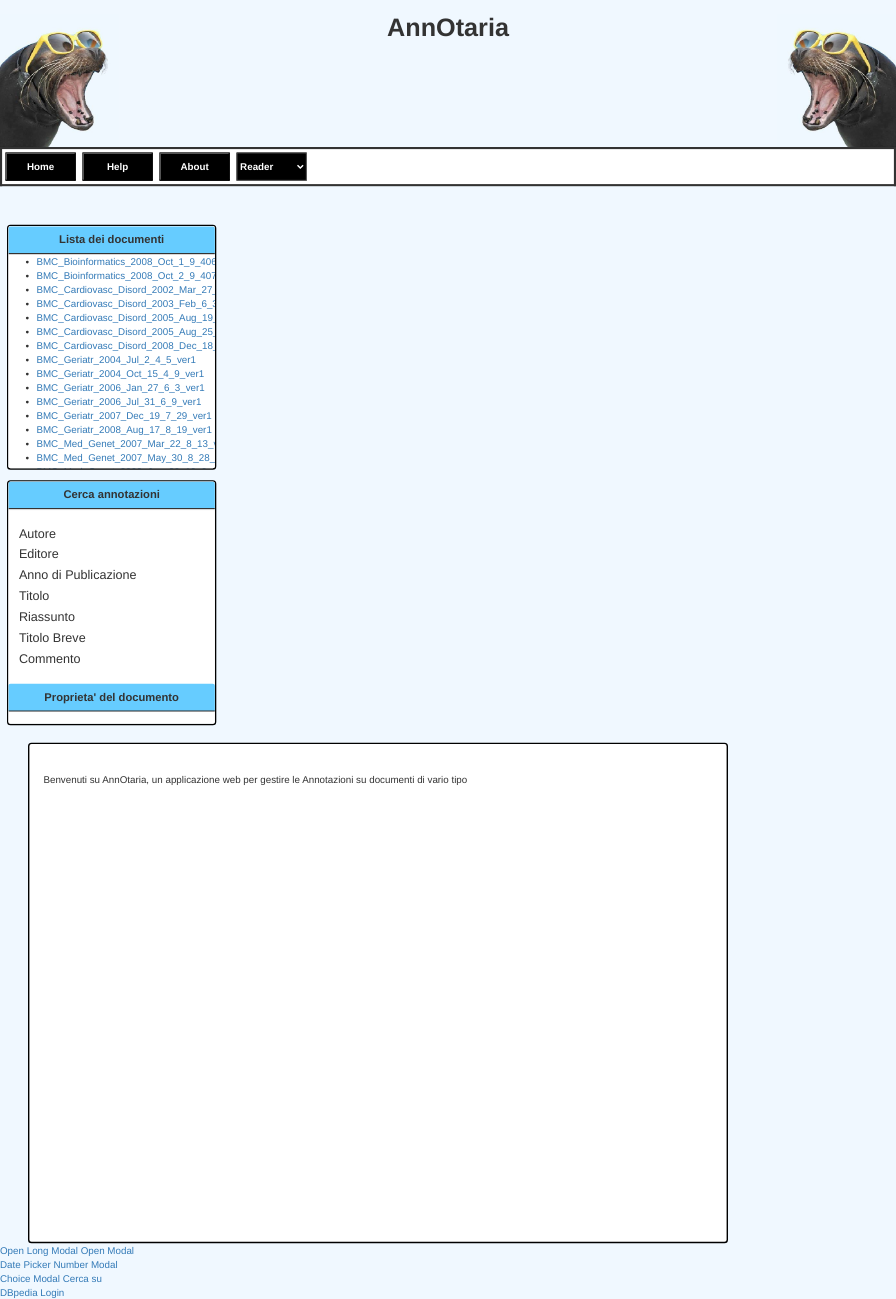
Repository: Bratu92/AnnOtaria
Page: AnnOtaria/View/index.html
These files come from the project's save history. The page is drawn as it stood at one moment and after the next save; the edit follows.
The browser window is 1280 px wide. The pictures show the whole page, at 70% of full size.
Some web libraries are served in a nearby version.

Above is the page before, as saved 2015-02-02 15:36:56.

### AnnOtaria/View/index.html
<!DOCTYPE html PUBLIC "-//W3C//DTD HTML 4.01 Transitional//EN" "http://www.w3.org/TR/html4/loose.dtd">
<html>
	<head>
		<title>AnnoOtaria - Title of Document 1</title>
		<script type="text/javascript" src="../lib/jquery-2.1.3.js"></script>
		<!-- Latest compiled and minified CSS -->
		<link rel="stylesheet" href="https://maxcdn.bootstrapcdn.com/bootstrap/3.3.2/css/bootstrap.min.css">

		<!-- Optional theme -->
		<link rel="stylesheet" href="https://maxcdn.bootstrapcdn.com/bootstrap/3.3.2/css/bootstrap-theme.min.css">

		<!-- Latest compiled and minified JavaScript -->
		<script src="https://maxcdn.bootstrapcdn.com/bootstrap/3.3.2/js/bootstrap.min.js"></script>
		<link type="text/css" rel="stylesheet" href="../Css/layoutindex.css"/>
		<link type="text/css" rel="stylesheet" href="../Css/longTextModal.css"/>
		<link type="text/css" rel="stylesheet" href="../Css/shortTextModal.css"/>
		<link type="text/css" rel="stylesheet" href="../Css/numberModal.css"/>
		<link type="text/css" rel="stylesheet" href="../Css/choiceModal.css"/>
		<link type="text/css" rel="stylesheet" href="../Css/layoutDBPedia.css"/>

		<script type="text/javascript" src="../Js/index.js"></script>
		<script type="text/javascript" src="../Js/get_annotations.js"></script>
		<script type="text/javascript" src="../Js/jsDBPedia.js"></script>
		<link href="http://ajax.googleapis.com/ajax/libs/jqueryui/1.8/themes/base/jquery-ui.css" rel="stylesheet" type="text/css"/>
	    <script type="text/javascript" src="http://ajax.googleapis.com/ajax/libs/jquery/1.6.2/jquery.min.js"></script>
        <script src="http://ajax.googleapis.com/ajax/libs/jqueryui/1.8/jquery-ui.min.js"></script>

	</head>
	<body>
		<div class="box0">
			<img class="imgSinistra" src="../File/otariaSinistra.jpg">
			<img class="imgDestra"src="../File/otariaDestra.jpg">
			<h1>AnnOtaria</h1>
		</div>
		<br><br><br><br>
		<div class="menuBar">
		   <table class="tableIndex">
		   <tr class="rigaIndex">
	            <td class="cellaIndex"><input class="menuButton" type="button" onclick="fHelp()" value="Home" name="Home"/></td>
				<td class="cellaIndex"><input class="menuButton" type="button" onclick="fHelp()" value="Help" name="Help"/></td>
				<td class="cellaIndex"><input class="menuButton" type="button" onclick="fAbout()" value="About" name="About"/></td>

				<td class="cellaIndex">
					<select  class="apri" id="mode" class="selectpicker" onChange="cambiaModalita()" data-target="#login">
						<option class="menuOption" >Reader</option>
						<option class="menuOption" data-target="#Login"  >Annotator</option>
					</select>
				</td>

		   </tr></table>
		</div>

		<div class="box1"><br>
			<div class="metaArea">
				<div class="proprieta">
					<div class="panel-group" id="accordion">
          				<div class="panel-heading">
            				<h1 class="panel-title">
              					<a data-toggle="collapse" data-parent="#accordion" href="#collapse1">Lista dei documenti</a>
            				</h1>
          				</div>
          				<div id="collapse1" class="panel-collapse collapse in">
            				<ul id="list"></ul>
          				</div>
          				<div class="panel-heading">
            				<h1 class="panel-title">
             					<a data-toggle="collapse" href="#collapse2">Proprieta' del documento</a>
            				</h1>
          				</div>
          				<div id="collapse2" class="panel-collapse collapse">
            				<div class="panel-body">
           						COLLASSA!
          					</div>
        				</div>
      				</div>
      			</div>

				<div class="proprieta">
					<div class="panel-group" id="accordion">
          				<div class="panel-heading">
            				<h1 class="panel-title">
              					<a data-toggle="collapse" data-parent="#accordion" href="#collapse3">Cerca annotazioni</a>
            				</h1>
          				</div>
          				<div id="collapse3" class="panel-collapse collapse in">
          					<div class="panel-body">
           						<!-- Annotazioni sul documento -->
								<div id="annDocumento" >
									<div id="ann_autore" class="annotazioni_doc">
										<h4>Autore</h4>
										<ul id="ul_hasAuthor">
										</ul>
									</div>
									<div id="ann_editore" class="annotazioni_doc">
										<h4>Editore</h4>
										<ul id="ul_hasPublisher">
										</ul>
									</div>
									<div id="ann_anno" class="annotazioni_doc">
										<h4>Anno di Publicazione</h4>
										<ul id="ul_hasPublicationYear">
										</ul>
									</div>
									<div id="ann_titolo" class="annotazioni_doc">
										<h4>Titolo</h4>
										<ul id="ul_hasTitle">
										</ul>
									</div>
									<div id="ann_riassunto" class="annotazioni_doc">
										<h4>Riassunto</h4>
										<ul id="ul_hasAbstract">
										</ul>
									</div>
									<div id="ann_titoloBreve" class="annotazioni_doc">
										<h4>Titolo Breve</h4>
										<ul id="ul_hasShortTitle">
										</ul>
									</div>
									<div id="ann_commento" class="annotazioni_doc">
										<h4>Commento</h4>
										<ul id="ul_hasComment">
										</ul>
									</div>

								</div><!--#annotazioni-->
          					</div>
          				</div>
          				<div class="panel-heading">
            				<h1 class="panel-title">
             					<a data-toggle="collapse" href="#collapse4">Proprieta' del documento</a>
            				</h1>
          				</div>
          				<div id="collapse4" class="panel-collapse collapse">
            				<div class="panel-body">
           						Filtri!
          					</div>
        				</div>
      				</div>
      			</div>
			</div>




			<div class="mainArea">
				<h2 id="title"></h2>
				<p id="contenuto"> Benvenuti su AnnOtaria, un applicazione web per gestire le Annotazioni su documenti di vario tipo</p>
			</div>
		</div>







<!------------------------------------------ MODAL WINDOWS ----------------------------------------------->
	<div class="trick">
		<a href="#longTextModal">Open Long Modal</a>
		<div id="longTextModal" class="modalDialog">
			<div>
				<a href="#close" title="Close" class="close">X</a>
				<h4>Inserisci testo:</h4>
				<p><textarea id="longText"></textarea></p>
			</div>
		</div>

		<a href="#openModal0">Open Modal</a>
		<div id="openModal0" class="modalDialog">
			<div>
				<a href="#close" title="Close" class="close">X</a>
				<h2>Inserisci il nome</h2>
				<div>
					<input type="text" class="form-control" id="nome"  maxlength="80" placeholder="Inserisci il nome..." >
				</div>
			</div>
		</div>


		<a href="#datePicker">Date Picker</a>
		<div id="datePicker" class="modalDialog">
			<div>
				<a href="#close" title="Close" class="close">X</a>
				<h1> Inserisci Data </h1>
				<form>
				    <input id="datepicker" readonly/>
       				<button type="submit" class="btn btn-default">Inserisci!</button>
				</form>
			</div>
		</div>


		<a href="#openModal1">Number Modal</a>
		<div id="openModal1" class="modalDialog">
			<div>
				<a href="#close" title="Close" class="close">X</a>
				<h2>Come trovi l'annotazione?</h2>
				<div>
					<form id="bootstrapSelectForm" method="post" class="form-horizontal">
						<div class="form-group">
							<label class="col-xs-3 control-label">Dai un voto:</label>
							<div class="col-xs-5 selectContainer">
								<select name="numbers" class="form-control" multiple title="Choose one number">
                					<option value="one">1</option>
                					<option value="two">2</option>
                					<option value="three">3</option>
                					<option value="four">4</option>
                					<option value="five">5</option>
            					</select>
        					</div>
    					</div>
    					<div class="form-group">
        					<div class="col-xs-5 col-xs-offset-3">
        						<button type="submit" class="btn btn-default">Vota!</button>
        					</div>
    					</div>
					</form>
				</div>
			</div>
		</div>


		<a href="#choiceModal">Choice Modal</a>
		<div id="choiceModal" class="modalDialog">
			<div>
				<a href="#close" title="Close" class="close">X</a>
				<h2>Scegli un'opzione:</h2>
				<form id="bootstrapSelectForm" method="post" class="form-horizontal">
						<div class="form-group">
							<div class="col-xs-5 selectContainer">
								<select name="numbers" class="form-control-choice" multiple title="Scegli la stringa">
                					<option value="string1">stringa1</option>
                					<option value="string2">stringa2</option>
                					<option value="string3">stringa3</option>
                					<option value="string4">stringa4</option>
                					<option value="string5">stringa5</option>
            					</select>
        					</div>
    					</div>
    					<div class="form-group">
        					<div class="col-xs-5 col-xs-offset-3">
        						<button type="submit" class="btn btn-default">Submit</button>
        					</div>
    					</div>
					</form>
			</div>
		</div>


		<a href="#DBpedia">Cerca su DBpedia</a>
		<div id="DBpedia" class="modalDialog">
			<div id="dbpedia">

					<a href="#close" title="Close" class="close">X</a>
					<h4>Cerca su DBPedia:</h4>
						<input type="text" name="search" id="userSearch" size="20" />
						<input type="submit" name="go" value=" Search " onClick="searchDBPedia()"/>
						<div><p id="testo"></p></div>
						<div></div>

			</div>

		</div>



		<a href="#login">Login</a>
		<div class="modalDialog" id="login">
			<div>
				<a href="#close" title="Close" class="close">X</a>
				<h4>Esegui il login per passare alla modalità annotator:</h4><br>
				<div class="inblock">
					<label>Email:</label>
					<label>Username:&#160;&#160;</label>
				</div>
				<div class="inblock">
					<input type="text" name="email" id="login_nome" size="30" /><br>
					<input type="text" name="Username" id="login_email" size="30" /><br>
				</div><br><br><br>
				<input class="btn btn-default" type="button" value="Login" onclick="log()" id="bt_login" data-dismiss="modal"/>
				<div>
					<p id="testo"></p></div>
				</div>
		</div>



	</div>


	</body>
</html>

### AnnOtaria/Css/longTextModal.css
@CHARSET "ISO-8859-1";

.modalDialog {
	position: fixed;
	font-family: Arial, Helvetica, sans-serif;
	top: 0;
	right: 0;
	bottom: 0;
	left: 0;
	background: rgba(0,0,0,0.8);
	z-index: 99999;
	opacity:0;
	-webkit-transition: opacity 400ms ease-in;
	-moz-transition: opacity 400ms ease-in;
	transition: opacity 400ms ease-in;
	pointer-events: none;
}

.modalDialog:target {
	opacity:1;
	pointer-events: auto;
}

.modalDialog > div {
	background: linear-gradient(#fff, #999) repeat scroll 0 0 rgba(0, 0, 0, 0);
    border-radius: 10px;
    height: 200px;
    margin: 10% auto;
    padding: 5px 20px 13px;
    position: relative;
    width: 600px;
}

.close {
	background: #606061;
	color: #FFFFFF;
	line-height: 25px;
	position: absolute;
	right: -12px;
	text-align: center;
	top: -10px;
	width: 24px;
	text-decoration: none;
	font-weight: bold;
	-webkit-border-radius: 12px;
	-moz-border-radius: 12px;
	border-radius: 12px;
	-moz-box-shadow: 1px 1px 3px #000;
	-webkit-box-shadow: 1px 1px 3px #000;
	box-shadow: 1px 1px 3px #000;
}

.close:hover { background: #00d9ff; }

#longText{

	min-height: 132px;
    min-width: 560px;

}

### AnnOtaria/Css/numberModal.css
@CHARSET "ISO-8859-1";

.modalDialog {
	position: fixed;
	font-family: Arial, Helvetica, sans-serif;
	top: 0;
	right: 0;
	bottom: 0;
	left: 0;
	background: rgba(0,0,0,0.8);
	z-index: 99999;
	opacity:0;
	-webkit-transition: opacity 400ms ease-in;
	-moz-transition: opacity 400ms ease-in;
	transition: opacity 400ms ease-in;
	pointer-events: none;
}

.modalDialog:target {
	opacity:1;
	pointer-events: auto;
}

.modalDialog > div {
	background: linear-gradient(#fff, #999) repeat scroll 0 0 rgba(0, 0, 0, 0);
    border-radius: 10px;
    height: 240px;
    margin: 10% auto;
    padding: 5px 20px 13px;
    position: relative;
    width: 600px;
}

.close {
	background: #606061;
	color: #FFFFFF;
	line-height: 25px;
	position: absolute;
	right: -12px;
	text-align: center;
	top: -10px;
	width: 24px;
	text-decoration: none;
	font-weight: bold;
	-webkit-border-radius: 12px;
	-moz-border-radius: 12px;
	border-radius: 12px;
	-moz-box-shadow: 1px 1px 3px #000;
	-webkit-box-shadow: 1px 1px 3px #000;
	box-shadow: 1px 1px 3px #000;
}

.close:hover { background: #00d9ff; }

#bootstrapSelectForm .selectContainer .form-control-feedback
{
    /* Adjust feedback icon position */
    right: -15px;
}

### AnnOtaria/Css/choiceModal.css
@CHARSET "ISO-8859-1";

.form-control-choice
{
	width: 560px;
    /* Adjust feedback icon position */
    <!--right: -15px;-->
}

### AnnOtaria/Css/layoutDBPedia.css
@CHARSET "ISO-8859-1";

.modalDialog
{
	position: fixed;
	font-family: Arial, Helvetica, sans-serif;
	top: 0;
	right: 0;
	bottom: 0;
	left: 0;
	background: rgba(0,0,0,0.8);
	z-index: 99999;
	opacity:0;
	-webkit-transition: opacity 400ms ease-in;
	-moz-transition: opacity 400ms ease-in;
	transition: opacity 400ms ease-in;
	pointer-events: none;
}


.modalDialog:target
{
	opacity:1;
	pointer-events: auto;
}

.modalDialog > div#dbpedia
{
	background: linear-gradient(#fff, #999) repeat scroll 0 0 rgba(0, 0, 0, 0);
    border-radius: 10px;
    height: auto;
    margin: 10% auto;
    padding: 5px 20px 13px;
    position: relative;
    width: 600px;
    top: -113px;
}



.close
{
	background: #606061;
	color: #FFFFFF;
	line-height: 25px;
	position: absolute;
	right: -12px;
	text-align: center;
	top: -10px;
	width: 24px;
	text-decoration: none;
	font-weight: bold;
	-webkit-border-radius: 12px;
	-moz-border-radius: 12px;
	border-radius: 12px;
	-moz-box-shadow: 1px 1px 3px #000;
	-webkit-box-shadow: 1px 1px 3px #000;
	box-shadow: 1px 1px 3px #000;
}

.close:hover { background: #00d9ff; }#00d9ff; }

### AnnOtaria/Js/index.js

var annotazioni = [];
var lista_autori = [];
var docCorrente;
var mode=0;		//0 = reader , 1=annotator
var username;
var email;

function main()
{
	$.ajax(
	{
		method: 'GET',
		url: '../File/indirizzi.json',
		success: function(d)
		{
			for (var i=0; i<d.length; i++)
			{
				$('#list').append("<li><a href='#' onclick='load(\""+d[i].url+"\",\""+d[i].label+"\")'>"+d[i].label+"</a></li>");
			}
		},
		error: function(a,b,c)
		{
			alert('Nessun documento da mostrare')
		}
	});
}


function fAnnotator()
{
	alert("ciao");
}

function load(url, file)
{
	docCorrente = file;
	$.ajax(
	{
		method: 'GET',
		url: url,
		success: function(result)
		{
			$('#contenuto').html(result)
			$('#title').html($('#contenuto h1'));
			/*Carica informazioni del documento*/
			caricaInfoDoc(result, file);
			selectAnnotazioniDocumento(file+".html");
		},
		error: function(a,b,c)
		{
			alert('Non ho potuto caricare il file '+file)
		}
	});
}

$(document).ready(function()
{
	$("#datepicker").datepicker(
	{
		DateFormat: 'dd/mm/yy'
	});
	main();
});

/*Carica le informazioni sul documento*/
function caricaInfoDoc(result, title)
{
	var info = $(result).find(".metadata-group");
	$('#infoDocumento div.active').hide();
	$('#infoDocumento div').removeClass("active");
	$('#infoDocumento').append("<div id='info_"+title+"' class='active'></div>");
	$('#infoDocumento div.active').show();
	for (var i=0; i<2; i++)
	{
		 $('#info_'+title).append(info[i]);
	}
}



function cambiaModalita()
{
	/*Gestione click sul bottone per cambiare modalitÃ */
	$(".apri").click
	(
		function()
		{
			alert("aprto il cambia modalita");
			if(mode == 1)
			{		/*Da annotator a reader*/
				alert("partiamo da modalita annotator");
				$('#mode').attr("data-toggle","");
				$('#mode').attr("data-target","");
				var esci = true;
				if(annotazioniCreate >0)
				{		/*Ci sono annotazioni non salvate, chiedo all'utente cosa vuole fare*/
					esci = confirm('Tornando in modalit&agrave; Reader tutte le annotazioni non salvate andranno perse! Procedere comunque?');
				}
				/*Esco solo nel caso in cui non ci sono annotazioni pendenti, o se l'utente ha dato il consenso*/
				if(esci == true)
				{
					/*Resetto tutto*/
					utente[ut_nome]= "";
					utente[ut_email]="";
					mode = 0;
					/*$('#gestisci_ann').attr("style","display:none");
					$('#ann_doc').attr("style","display:none");
					$('#ann_fram').attr("style","display:none");
					$('#mode').html("<span>Mode: Reader</span>");
					testoSelez="";
					modificaInCorso = 0;
					$("#bt_eliminaAnnotazioni").trigger("click");*/
				}
			}
			else if(mode == 0)
			{
				alert("sei in modalità reader");
				$('#mode').attr("data-toggle","modal");
				$('#mode').attr("data-target","#login");
			}
		});
	}






function log()
{
	$('#bt_login').click(function()
	{
		alert("aperto il login controllo login");
		try
		{
			alert("dentro il try");
			if(($("#login_nome").val().length == 0))
			{		/*Controlliamo che sia stato inserito il nome*/
				throw "Devi inserire il nome";
				alert("dentro il l'if del nome");
			}
			if(($("#login_email").val().length == 0))
			{		/*Controlliamo che sia stata inserita l'email*/
				throw "Devi inserire l'email";
				alert("dentro il l'if dell'email");
			}
			/*else
			{		/*Controlliamo che l'email sia in un formato valido*/
				/*var espressione = /^[_a-z0-9+-]+(\.[_a-z0-9+-]+)*@[a-z0-9-]+(\.[a-z0-9-]+)+$/;
				if (!espressione.test($("#login_email").val()))
				{
					throw "Email non valida!";
				}
			}*/
			/*Se Ã¨ tutto ok salviamo i valori e passiamo in modalitÃ  annotator*/
			username=($("#login_nome").val());
			email=($("#login_email").val());
			alert(username);
			alert(email);
			mode = 1; /*Passiamo in modalitÃ  annotatore*/
			//$('#mode').html("<span>Annotator: <b>"+utente[0]+"</b></span>");
			/*Qui bisogna inserire i comandi dell'annotator*/
			/*$('#gestisci_ann').attr("style","inline");
			$('#ann_doc').attr("style","inline");
			$('#ann_fram').attr("style","inline");
			$("#login_nome").val("");
			$("#login_email").val("");*/
		}
		catch(err)
		{
			$("#login_nome").val("");
			$("#login_email").val("");
			alert(err);
			alert("qualcosa e' andato storto");
		}
	});
}

Loaded but not shown: AnnOtaria/lib/jquery-2.1.3.js (library); AnnOtaria/File/indirizzi.json (122 lines, source omitted); AnnOtaria/Js/get_annotations.js (412 lines, source omitted); AnnOtaria/Js/jsDBPedia.js (36 lines, source omitted); AnnOtaria/Css/layoutindex.css (217 lines, source omitted); AnnOtaria/Css/shortTextModal.css (79 lines, source omitted)

After the next save:
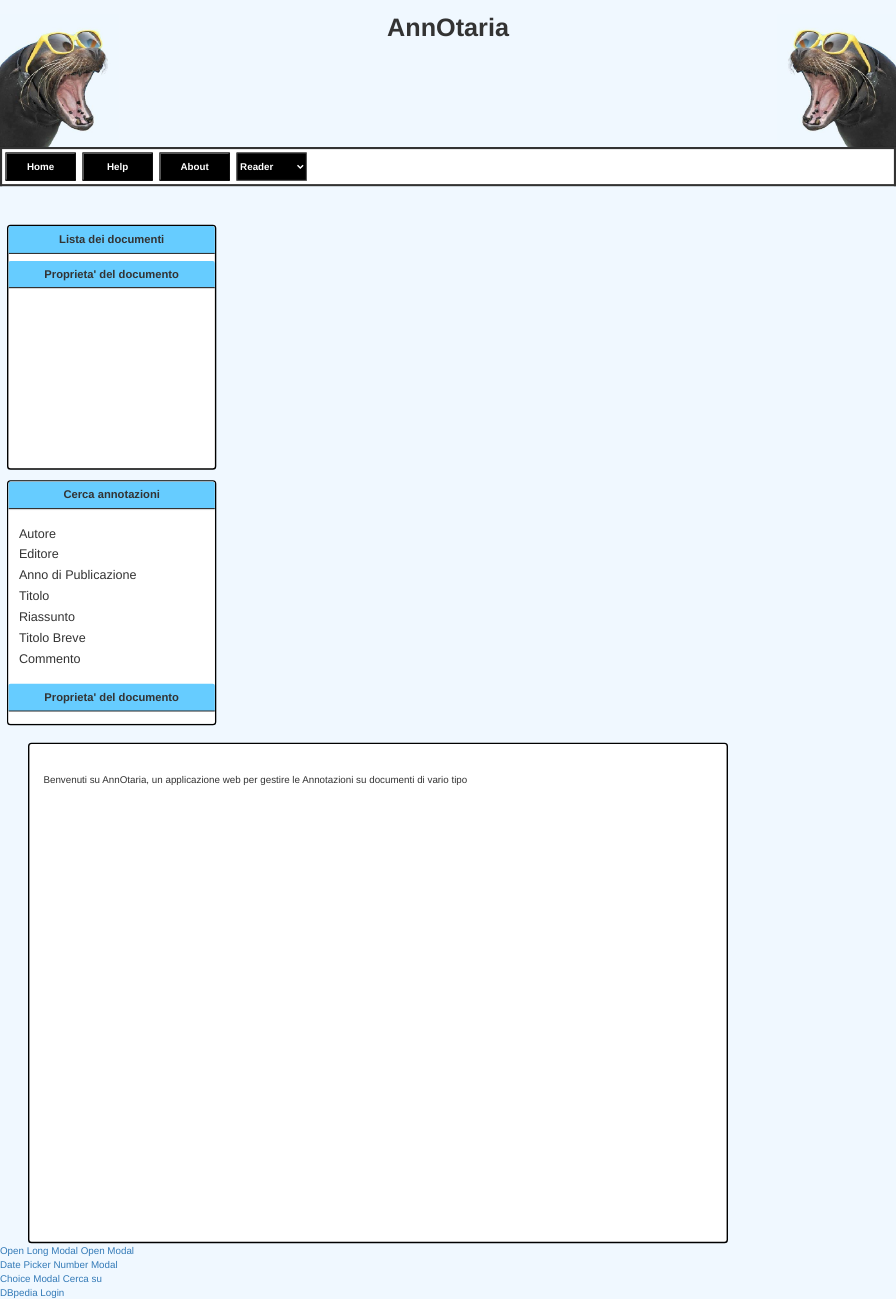
Console error: SyntaxError: Unexpected token ')'
Saved 52 s later.
--- a/AnnOtaria/Js/index.js
+++ b/AnnOtaria/Js/index.js
@@ -119,8 +119,8 @@
 				$('#mode').attr("data-toggle","modal");
 				$('#mode').attr("data-target","#login");
 			}
-		});
-	}
+	});
+}
 
 
 
@@ -129,7 +129,7 @@
 
 function log()
 {
-	$('#bt_login').click(function()
+	//$('#bt_login').click(function()
 	{
 		alert("aperto il login controllo login");
 		try

After the save that followed:
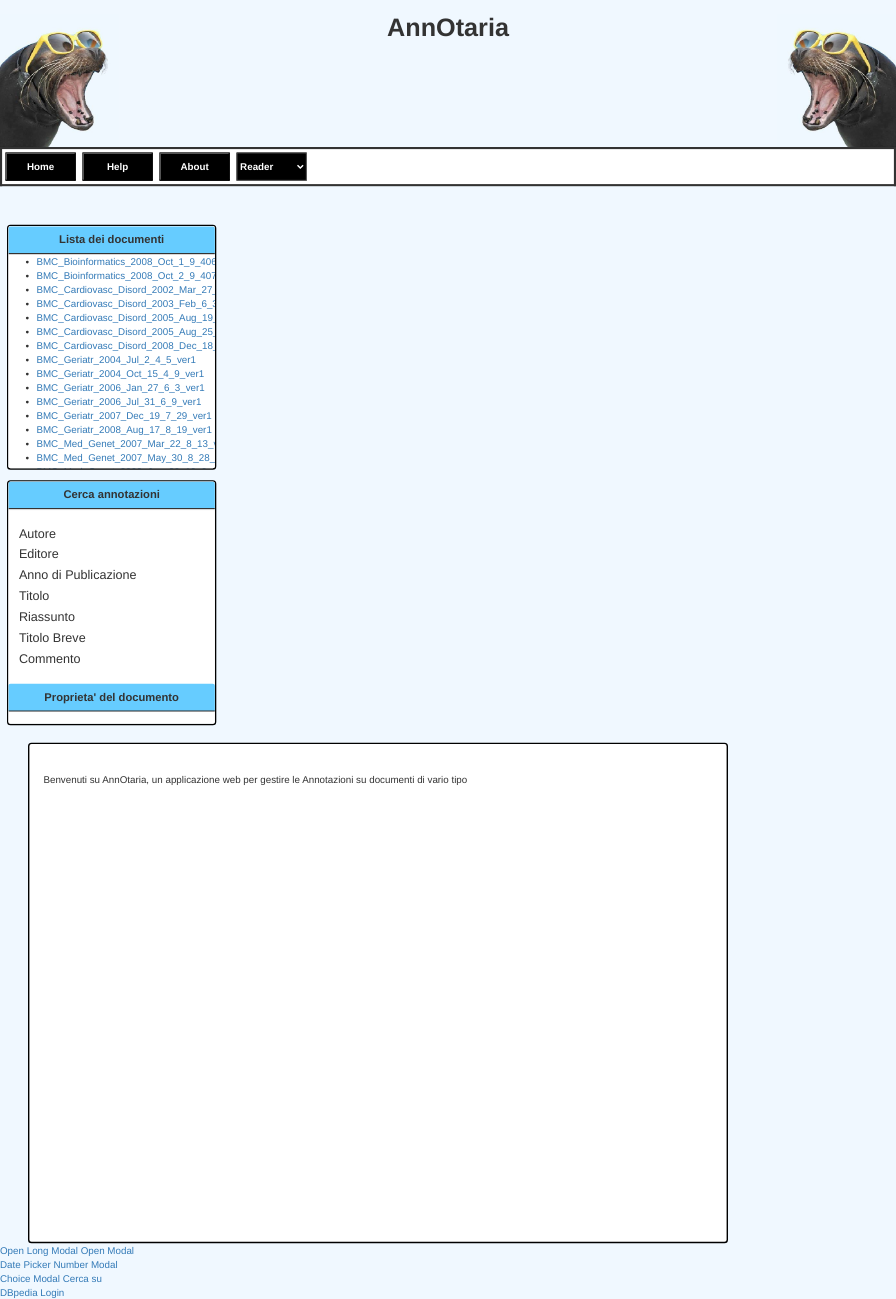
The error is gone.
Saved 10 s later.
--- a/AnnOtaria/Js/index.js
+++ b/AnnOtaria/Js/index.js
@@ -129,7 +129,7 @@
 
 function log()
 {
-	//$('#bt_login').click(function()
+	$('#bt_login').click(function()
 	{
 		alert("aperto il login controllo login");
 		try
